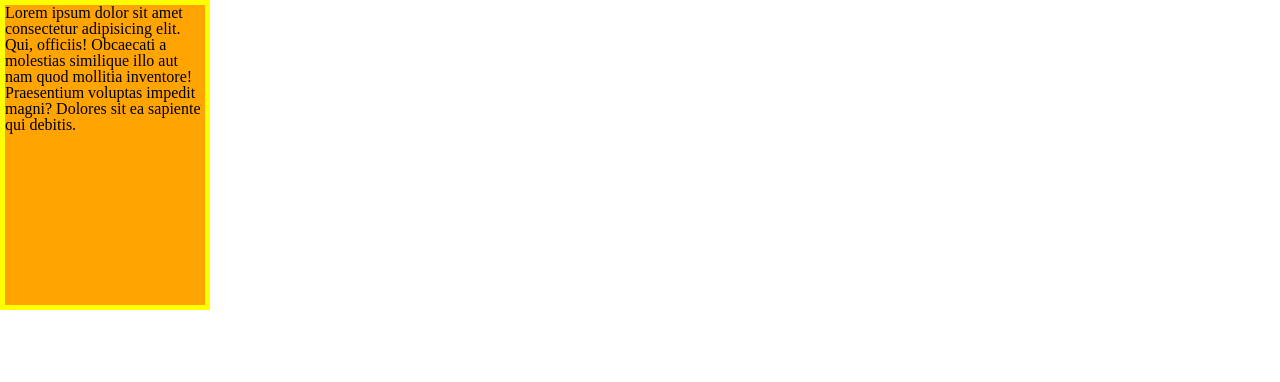
Repository: ThanhPhongsof/Css-Course
Page: index.html
An editor plug-in stored every save of this project. The page is shown before and after a run of saves, followed by the edit.
The browser window is 1280 px wide. The pictures show the whole page.

Above is the page before, as saved 2022-05-15 10:20:53.

### index.html
<!DOCTYPE html>
<html lang="en">
  <head>
    <meta charset="UTF-8" />
    <meta http-equiv="X-UA-Compatible" content="IE=edge" />
    <meta name="viewport" content="width=device-width, initial-scale=1.0" />
    <title>Document</title>
    <link rel="stylesheet" href="./reset.css" />
    <link rel="stylesheet" href="./styles.css" />
  </head>
  <body>
    <div class="box">
      <div class="text">
        Lorem ipsum dolor sit amet consectetur adipisicing elit. Qui, officiis!
        Obcaecati a molestias similique illo aut nam quod mollitia inventore!
        Praesentium voluptas impedit magni? Dolores sit ea sapiente qui debitis.
      </div>
    </div>
  </body>
</html>

### styles.css
.box {
  width: 200px;
  height: 300px;
  background-color: #ffa400;
  color: #000;
  border: 5px solid yellow;
}

Loaded but not shown: reset.css (common file)

After the next 2 saves:
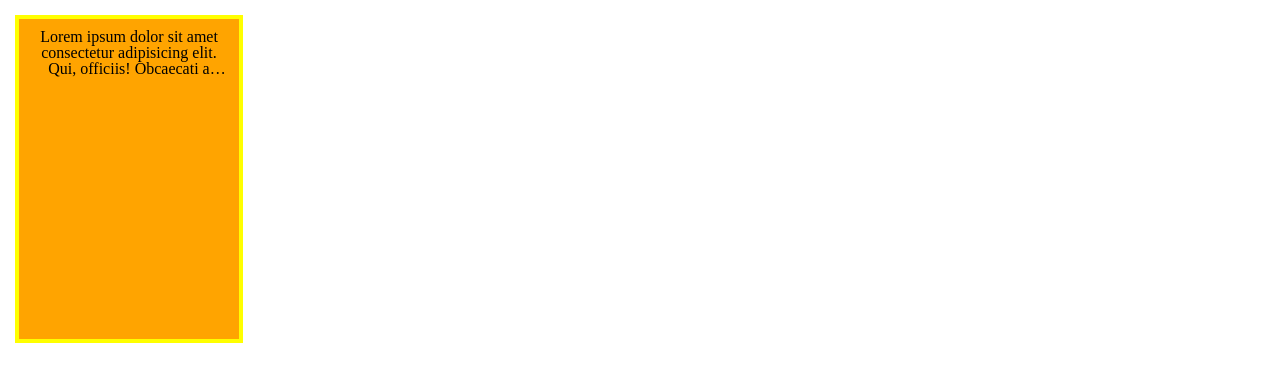
The 2 saves are shown as one change because they came seconds apart.
The last was saved 3 min 21 s later.
--- a/styles.css
+++ b/styles.css
@@ -3,5 +3,16 @@
   height: 300px;
   background-color: #ffa400;
   color: #000;
-  border: 5px solid yellow;
+  border: 4px solid yellow;
+  padding: 10px;
+  margin: 15px;
+  text-align: center;
 }
+.text {
+  max-width: 500px;
+  display: -webkit-box;
+  -webkit-box-orient: vertical;
+  -webkit-line-clamp: 3;
+  overflow: hidden;
+  text-overflow: ellipsis;
+}
